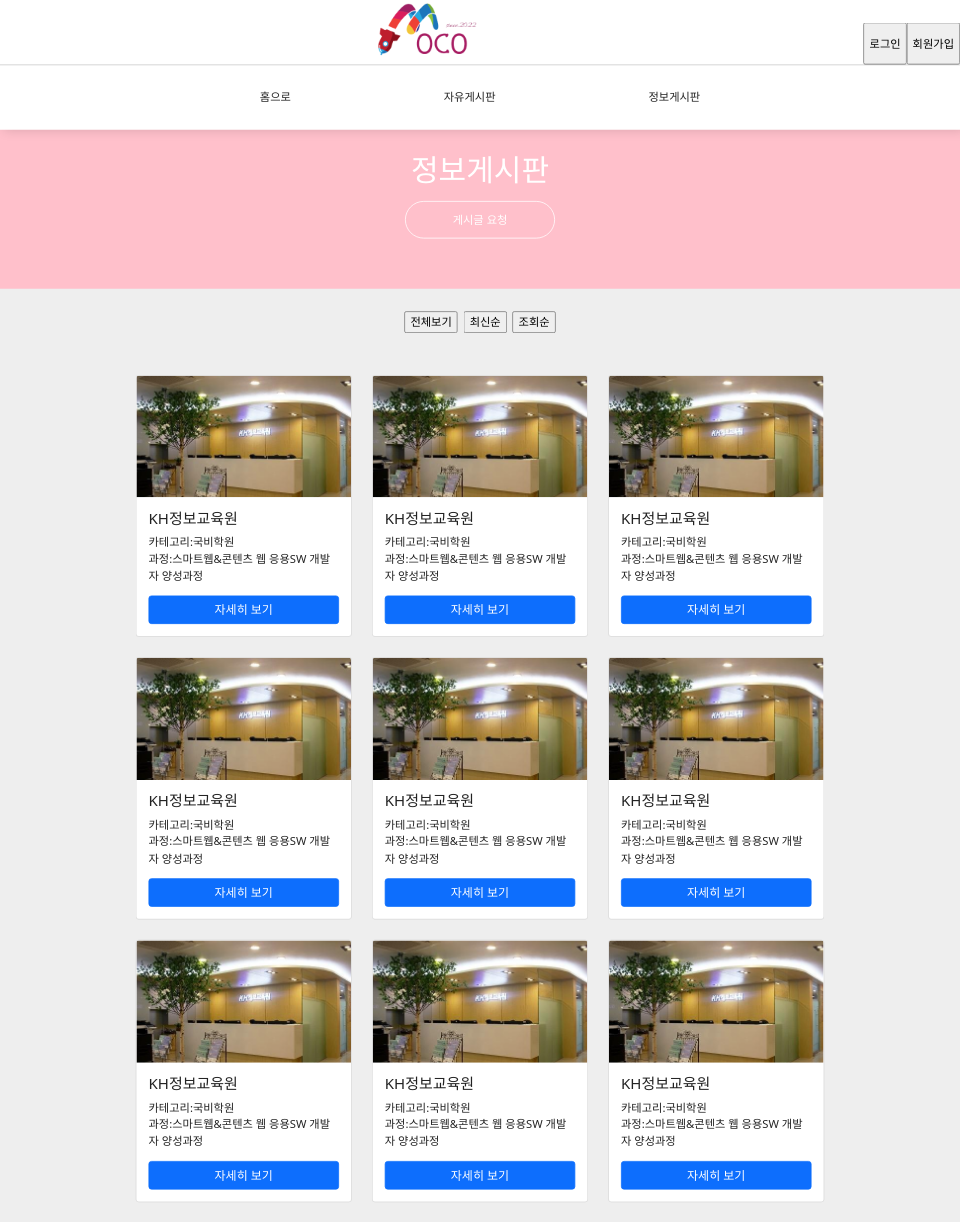
Repository: Pmyjava/mocosemi
Page: http://localhost/moco_SemiProject/WEB-INF/views/info/infoList.jsp
The author's editor kept a copy of each file at every save. The page is drawn from the files as they stood at one save, then again after the next save.
The browser window is 1280 px wide. The pictures show the whole page, at 75% of full size.
The page is served by Tomcat 9. Nobody is signed in. Other server files are loaded and not shown. The template is opened directly, without the code that normally fills it, so the values that code supplies are empty.

Above is the page before, as saved 2022-11-21 05:21:38.

### Semi_project2/moco_SemiProject/src/main/webapp/WEB-INF/views/info/infoList.jsp
<%@ page language="java" contentType="text/html; charset=UTF-8"
    pageEncoding="UTF-8"%>
<!doctype html>
<html lang="en">

<head>
<meta charset="utf-8">
<meta name="viewport" content="width=device-width, initial-scale=1, shrink-to-fit=no">

<link href="https://cdn.jsdelivr.net/npm/bootstrap@5.0.2/dist/css/bootstrap.min.css" rel="stylesheet"
integrity="sha384-EVSTQN3/azprG1Anm3QDgpJLIm9Nao0Yz1ztcQTwFspd3yD65VohhpuuCOmLASjC" crossorigin="anonymous">
<script src="https://ajax.googleapis.com/ajax/libs/jquery/3.5.1/jquery.min.js"></script>
<script src="https://cdn.jsdelivr.net/npm/bootstrap@5.0.2/dist/js/bootstrap.bundle.min.js"
integrity="sha384-MrcW6ZMFYlzcLA8Nl+NtUVF0sA7MsXsP1UyJoMp4YLEuNSfAP+JcXn/tWtIaxVXM"
crossorigin="anonymous"></script>

<title>모코_정보게시판</title>
	<style>
		.infomation{
			background-color:pink;
			width:100%;
			height:250px;
			background-position:center;
			background-size:cover;
			color:white;

			display:flex;
			flex-direction:column;
			justify-content:center;
			align-items:center;
		}
		.infomation > button{
			width:200px;
			height:50px;

			background-color:transparent;
			color:white;

			border-radius:50px;
			border:1px solid white;
			margin-top:10px;

		}

		.infomation > button:hover{
		 border:5px solid white;
		 font-weight:bold;
		}
		#btn{

			display:flex;
			flex-direction:column;
			justify-content:center;
			align-items:center;
		}
		.info{
			margin-top:30px;
			display:flex;
			flex-direction:column;
			justify-content:center;
			align-items:center;
		}
		.category{
			margin-top:30px;
			display:flex;
			flex-direction:rows;
			justify-content:center;
			align-items:center;

		}

		table {

		  border-spacing: 25px;
		  border-collapse: separate;
		}

	</style>

</head>




<body>
	<header>
    	<jsp:include page="/WEB-INF/views/main/nav.jsp"/>
	</header>
	<br><br><br><br><br><br>
	<div class='infomation'>
		<h1>정보게시판</h1>
		<button>게시글 요청</button>
	</div>
	<div class="category">
		<input type="button" value="전체보기">&nbsp;&nbsp;<input type="button" value="최신순">&nbsp;&nbsp;<input type="button" value="조회순">
	</div>

	<form class="info">

		<table>
			<tr>
				<td>
				<div class="card" style="width: 18rem;">
					  <img src="img/kh.png" class="card-img-top" alt="...">
					  <div class="card-body">
					  <h5 class="card-title">KH정보교육원</h5>
					  <p class="card-text">카테고리:국비학원<br>과정:스마트웹&콘텐츠 웹 응용SW 개발자 양성과정</p>
					  <a href="#" id="btn" class="btn btn-primary">자세히 보기</a>
					  </div>
				</div>
				</td>
				<td>
				<div class="card" style="width: 18rem;">
					  <img src="img/kh.png" class="card-img-top" alt="...">
					  <div class="card-body">
					  <h5 class="card-title">KH정보교육원</h5>
					  <p class="card-text">카테고리:국비학원<br>과정:스마트웹&콘텐츠 웹 응용SW 개발자 양성과정</p>
					  <a href="#" id="btn" class="btn btn-primary">자세히 보기</a>
					  </div>
				</div>
				</td>
				<td>
				<div class="card" style="width: 18rem;">
					  <img src="img/kh.png" class="card-img-top" alt="...">
					  <div class="card-body">
					  <h5 class="card-title">KH정보교육원</h5>
					  <p class="card-text">카테고리:국비학원<br>과정:스마트웹&콘텐츠 웹 응용SW 개발자 양성과정</p>
					  <a href="#" id="btn" class="btn btn-primary">자세히 보기</a>
					  </div>
				</div>
				</td>
			</tr>
			<tr>
				<td>
				<div class="card" style="width: 18rem;">
					  <img src="img/kh.png" class="card-img-top" alt="...">
					  <div class="card-body">
					  <h5 class="card-title">KH정보교육원</h5>
					  <p class="card-text">카테고리:국비학원<br>과정:스마트웹&콘텐츠 웹 응용SW 개발자 양성과정</p>
					  <a href="#" id="btn" class="btn btn-primary">자세히 보기</a>
					  </div>
				</div>
				</td>
				<td>
				<div class="card" style="width: 18rem;">
					  <img src="img/kh.png" class="card-img-top" alt="...">
					  <div class="card-body">
					  <h5 class="card-title">KH정보교육원</h5>
					  <p class="card-text">카테고리:국비학원<br>과정:스마트웹&콘텐츠 웹 응용SW 개발자 양성과정</p>
					  <a href="#" id="btn" class="btn btn-primary">자세히 보기</a>
					  </div>
				</div>
				</td>
				<td>
				<div class="card" style="width: 18rem;">
					  <img src="img/kh.png" class="card-img-top" alt="...">
					  <div class="card-body">
					  <h5 class="card-title">KH정보교육원</h5>
					  <p class="card-text">카테고리:국비학원<br>과정:스마트웹&콘텐츠 웹 응용SW 개발자 양성과정</p>
					  <a href="#" id="btn" class="btn btn-primary">자세히 보기</a>
					  </div>
				</div>
				</td>
			</tr>
			<tr>
				<td>
				<div class="card" style="width: 18rem;">
					  <img src="img/kh.png" class="card-img-top" alt="...">
					  <div class="card-body">
					  <h5 class="card-title">KH정보교육원</h5>
					  <p class="card-text">카테고리:국비학원<br>과정:스마트웹&콘텐츠 웹 응용SW 개발자 양성과정</p>
					  <a href="#" id="btn" class="btn btn-primary">자세히 보기</a>
					  </div>
				</div>
				</td>
				<td>
				<div class="card" style="width: 18rem;">
					  <img src="img/kh.png" class="card-img-top" alt="...">
					  <div class="card-body">
					  <h5 class="card-title">KH정보교육원</h5>
					  <p class="card-text">카테고리:국비학원<br>과정:스마트웹&콘텐츠 웹 응용SW 개발자 양성과정</p>
					  <a href="#" id="btn" class="btn btn-primary">자세히 보기</a>
					  </div>
				</div>
				</td>
				<td>
				<div class="card" style="width: 18rem;">
					  <img src="img/kh.png" class="card-img-top" alt="...">
					  <div class="card-body">
					  <h5 class="card-title">KH정보교육원</h5>
					  <p class="card-text">카테고리:국비학원<br>과정:스마트웹&콘텐츠 웹 응용SW 개발자 양성과정</p>
					  <a href="#" id="btn" class="btn btn-primary">자세히 보기</a>
					  </div>
				</div>
				</td>
			</tr>
	</table>
	</form>

</body>

</html>

### Semi_project2/moco_SemiProject/src/main/webapp/WEB-INF/views/main/nav.jsp
<%@ page language="java" contentType="text/html; charset=UTF-8"
    pageEncoding="UTF-8"%>
<%@ taglib prefix="c" uri="http://java.sun.com/jsp/jstl/core" %>
<!DOCTYPE html>
<html lang="ko">
<head>
    <meta charset="UTF-8">
    <meta http-equiv="X-UA-Compatible" content="IE=edge">
    <meta name="viewport" content="width=device-width, initial-scale=1.0">
    <title>모코  nav바</title>
    <style>
    	body {
			    margin: 0;
			    color: #222;
			    line-height: 1.5em;
			    font-size: 15px;
			    background-color: #eee;
			    font-weight: 300;
			}

		header {
			    font-weight: normal;
			    background: #fff;
			    box-shadow: 5px 0 15px rgba(0, 0, 0, 0.15);
			    width: 100%;
			    position: fixed;
			      top: 0;
			 	 left: 0;
			 	 right: 0;
			}
		.navlogin button{
				margin: 5px;
			}
		.navlogin p{
			margin-top: -100px;
			text-align: right;
		}
		#login{
				margin-top: 30px;
				float:right;
			}

		#enroll{
				margin-top: 30px;
				float:right;
			}

		nav {
			    /* border: 1px solid red; */
			    width: 100%;
			    margin: auto;
			}

		nav > div {
			    /* border: 1px solid #000; */
			    height: 70px;
			    line-height: 50px;
			}
		.gnb a {
			    text-decoration: none;
			    color: #222;
			}

		.gnb {
			    display: inline-block;
			    width: 100%;
			    text-align: center;
			}

		.gnb a {
			    margin: 100px;
			}
    </style>
</head>
<body>
	<c:set value="${ pageContext.servletContext.contextPath }" var="contextPath" scope="application"/>
    <div class="container">
        <!-- header 영역 -->
        <header>
            <!-- 상단 nav bar -->
            <nav>
            	<!-- 제목, 로그인 -->
            	<div style="text-align:center" class="navlogin">
            		<img src="resources/assets/moco.png" id="logo">
            		<!-- 로그인 아닐시 -->
            		<c:if test="${ empty loginUser }">
            			<input type="button" id = "enroll" onclick="location.href='${contextPath}/enroll.me'" value="회원가입"/>
            			<input type="button" id = "login" onclick="location.href='${contextPath}/login.me'" value="로그인"/>            		</c:if>
            		<!-- 로그인 일시 -->
            		<c:if test="${ !empty loginUser }">
            			<p>
            				${ loginUser.nickName }님 환영합니다.
            				<button class="btn btn-dark btn-lg" type="button" onclick="location.href='${contextPath}/logout.me'">로그아웃</button>
            			</p>
            		</c:if>
            	</div>
            	<hr>
                <!-- 목차 -->
                <div class="gnb">
                    <a href="${contextPath }">홈으로</a>
                    <a href="${contextPath }/boardList.do">자유게시판</a>
                    <a href="${contextPath }/infoList.in">정보게시판</a>
                    <!-- 로그인이 아닐시 -->
                    <c:if test="${ empty loginUser }">
                    	<a href="#" style="display:none">마이페이지</a>
                    </c:if>
                    <!-- 로그인 일시 -->
                     <c:if test="${ !empty loginUser }">
                    	<a href="#">마이페이지</a>
                    </c:if>
                </div>
            </nav>
        </header>
    </div>
</body>
</html>

After the next save:
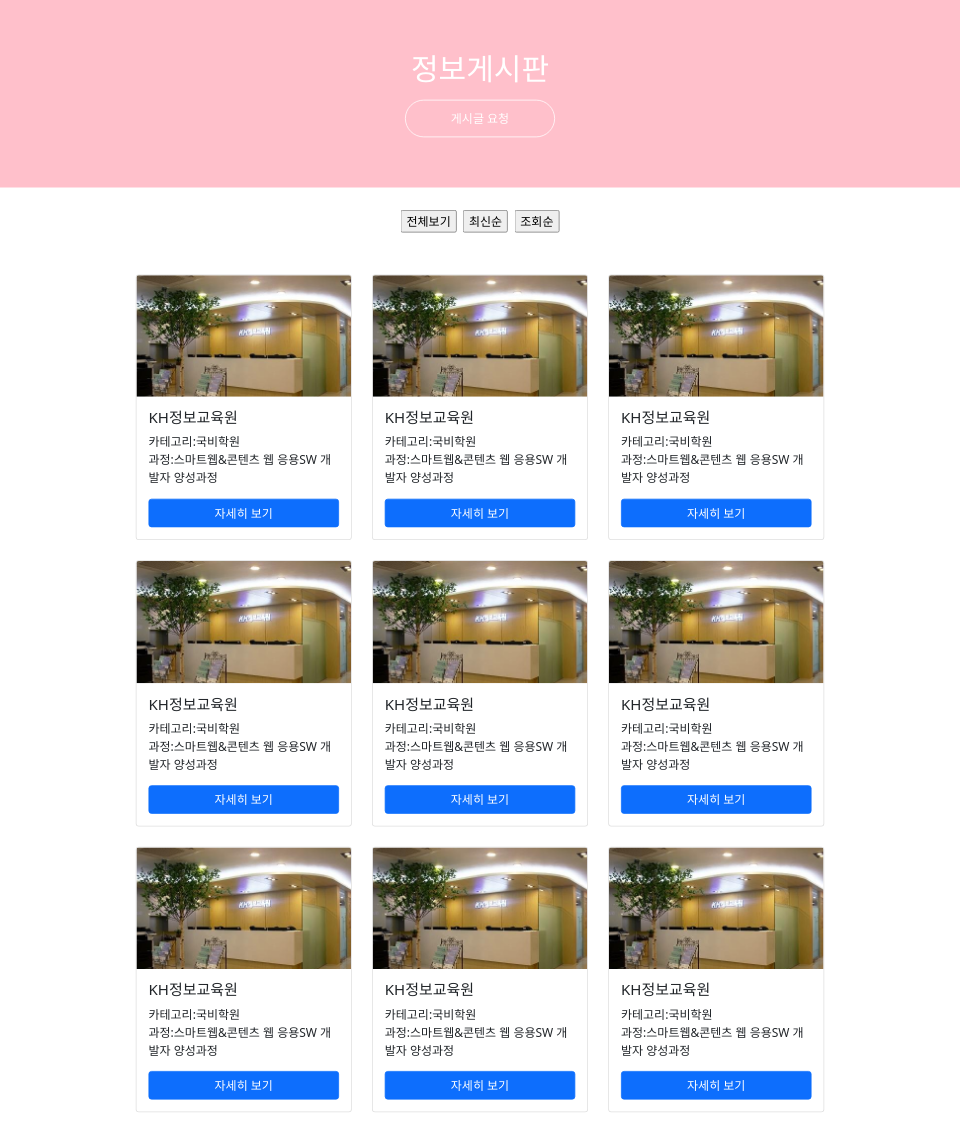
Saved 15 s later.
--- a/Semi_project2/moco_SemiProject/src/main/webapp/WEB-INF/views/info/infoList.jsp
+++ b/Semi_project2/moco_SemiProject/src/main/webapp/WEB-INF/views/info/infoList.jsp
@@ -83,10 +83,6 @@
 
 
 <body>
-	<header>
-    	<jsp:include page="/WEB-INF/views/main/nav.jsp"/>
-	</header>
-	<br><br><br><br><br><br>
 	<div class='infomation'>
 		<h1>정보게시판</h1>
 		<button>게시글 요청</button>
